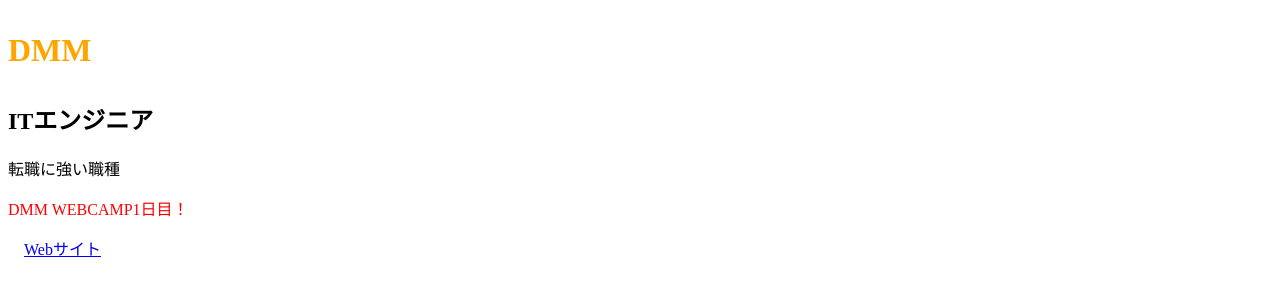
Repository: sunny0105yoko/bookers2-debug
Page: sample/sample.html
The author's editor kept a record of every edit. The page is drawn from the files as they stood at one moment, then again after the next edit.
The browser window is 1280 px wide. The pictures show the whole page.

Above is the page before.

### sample/sample.html
<!DOCTYPE HTML>
<html lang="ja">
  <head>
    <meta charset="UTF-8" />
    <title>初めてのHTML</title>

    <link rel="stylesheet" href="style.css" />
  <body>
    <h1>
    <p class="word-orange">DMM</p>
    </h1>
    <h2>ITエンジニア</h2>
    転職に強い職種
  　<p class="word-red">DMM WEBCAMP1日目！</p>
  　<a href="https://web-camp.online/lesson/curriculums/283/contents/2646">Webサイト</a

</html>

### sample/style.css
.word-red {
  color: red;
}
.word-orange {
  color: orange;
}

After the next edit:
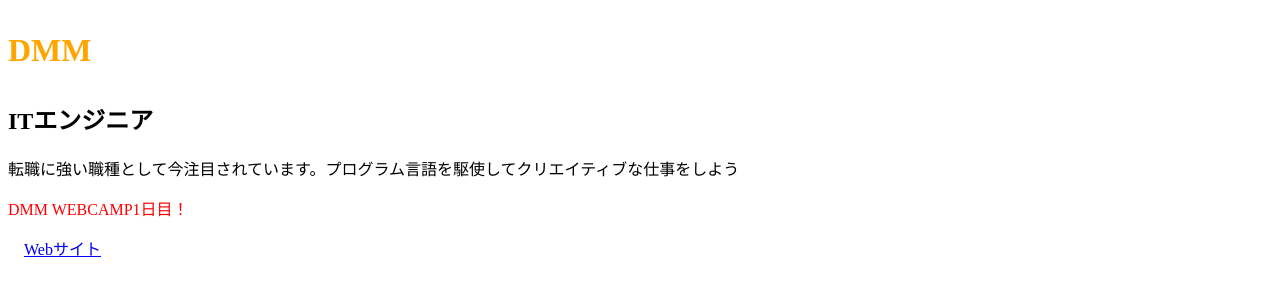
The edit:
--- a/sample/sample.html
+++ b/sample/sample.html
@@ -10,7 +10,7 @@
     <p class="word-orange">DMM</p>
     </h1>
     <h2>ITエンジニア</h2>
-    転職に強い職種
+    転職に強い職種として今注目されています。プログラム言語を駆使してクリエイティブな仕事をしよう
   　<p class="word-red">DMM WEBCAMP1日目！</p>
   　<a href="https://web-camp.online/lesson/curriculums/283/contents/2646">Webサイト</a
 
